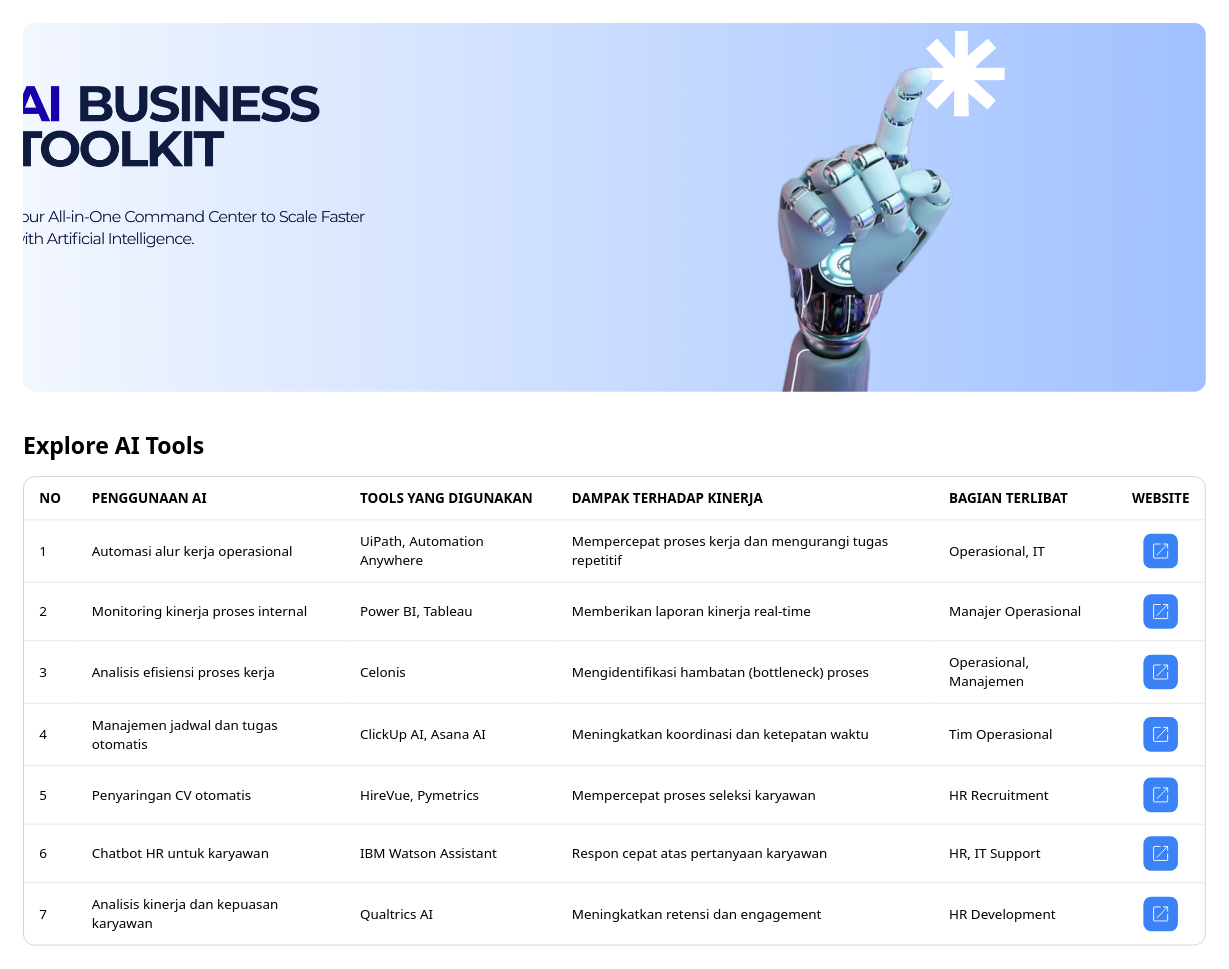
Repository: MUHAMADTEGARWIJAYA/AI-BUSINESS-TOOLKIT
Page: /ai/pemasaran
The author's editor kept a copy of each file at every save. The page is drawn from the files as they stood at one save, then again after the next save.
The browser window is 1280 px wide. The pictures show the whole page, at 96% of full size.
The project was rebuilt for these pictures with package versions that can differ from the ones it lists, and the page was loaded fresh each time. Also part of the build but not shown: vite.config.js, src/views/NamaFloating.vue, src/views/FooterView.vue, src/views/HomeView.vue, src/views/AiOperansional.vue, src/views/AiSdm.vue, src/views/AiStrategi.vue, src/views/AiKeuanganAkuntansi.vue.

Above is the page before, as saved 2026-01-07 16:28:36.

After the next save:
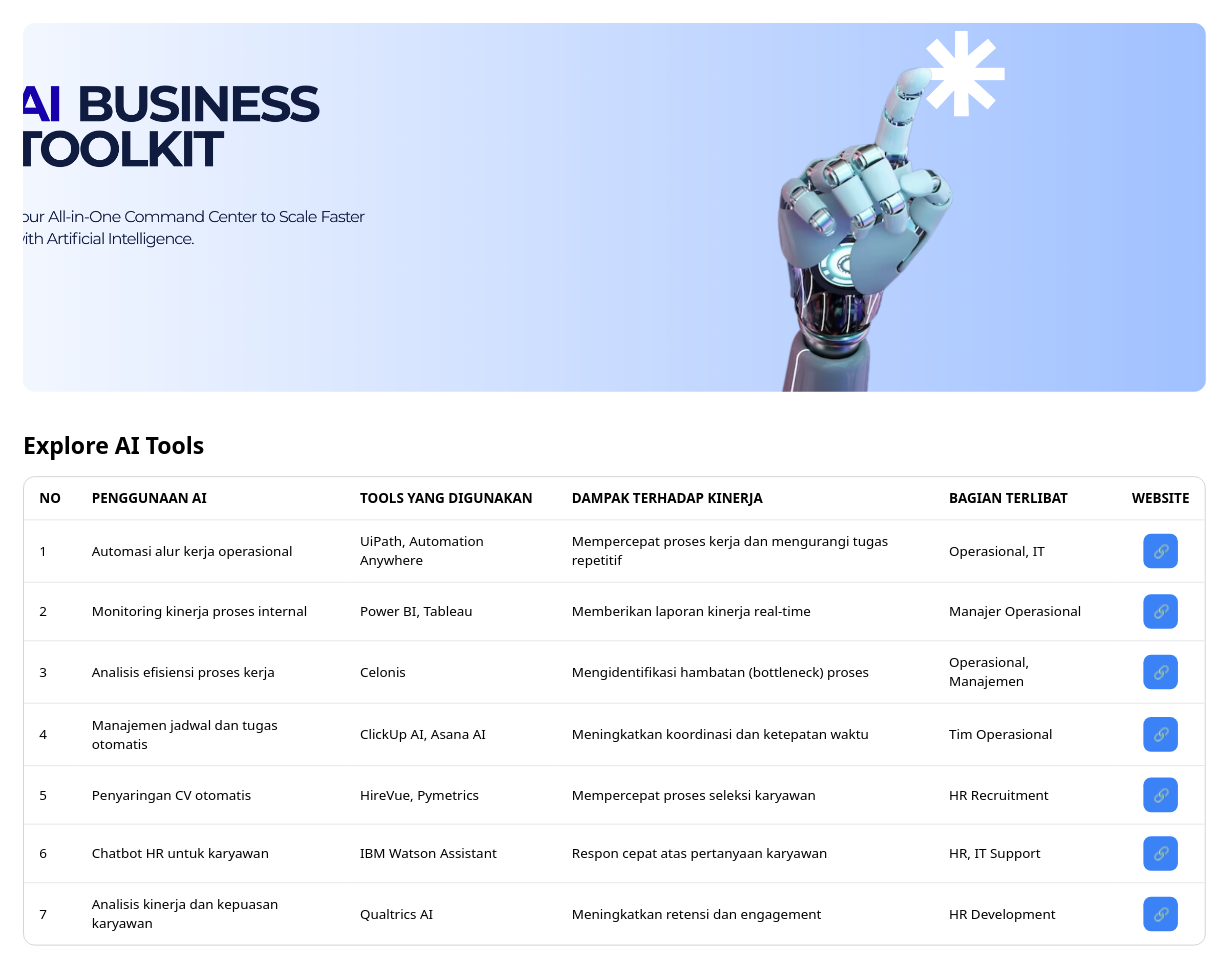
Saved 5 s later.
--- a/src/views/AiPemasaran.vue
+++ b/src/views/AiPemasaran.vue
@@ -51,23 +51,7 @@
                 target="_blank"
                 class="inline-flex items-center py-2 px-2 text-white justify-center w-9 h-9 rounded-lg bg-blue-500 hover:bg-blue-400 transition"
               >
-                <svg
-                  viewBox="0 0 64 64"
-                  xmlns="http://www.w3.org/2000/svg"
-                  stroke-width="3"
-                  stroke="#ffffff"
-                  fill="none"
-                >
-                  <g id="SVGRepo_bgCarrier" stroke-width="2"></g>
-                  <g id="SVGRepo_tracerCarrier" stroke-linecap="round" stroke-linejoin="round"></g>
-                  <g id="SVGRepo_iconCarrier">
-                    <path
-                      d="M55.4,32V53.58a1.81,1.81,0,0,1-1.82,1.82H10.42A1.81,1.81,0,0,1,8.6,53.58V10.42A1.81,1.81,0,0,1,10.42,8.6H32"
-                    ></path>
-                    <polyline points="40.32 8.6 55.4 8.6 55.4 24.18"></polyline>
-                    <line x1="19.32" y1="45.72" x2="54.61" y2="8.91"></line>
-                  </g>
-                </svg>
+                🔗
               </a>
             </td>
           </tr>
